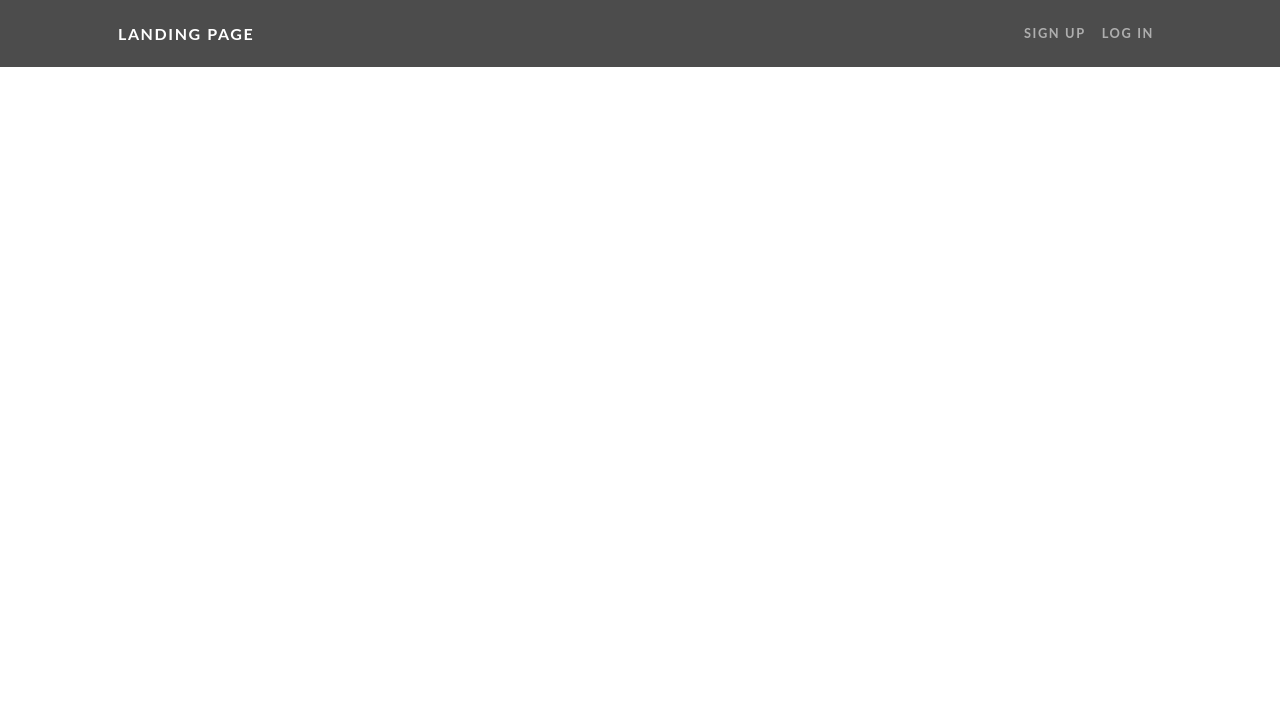
Repository: jrfalcao/landing-page
Page: /
These files come from the project's save history. The page is drawn as it stood at one moment and after the next save; the edit follows.
The browser window is 1280 px wide. The pictures show the whole page.
The project was rebuilt for these pictures with package versions that can differ from the ones it lists, and the page was loaded fresh each time. Also part of the build but not shown: src/assets/css/App.css.

Above is the page before, as saved 2021-07-17 22:28:48.

### src/App.js
import NavBar from './Components/NavBar';
import './App.css';

function App() {
  return (
    <div className="App">
      <NavBar></NavBar>
    </div>
  );
}

export default App;

### src/Components/NavBar.js
export default function NavBar() {
	return (
		<nav className="navbar navbar-expand-lg navbar-dark navbar-custom fixed-top">
			<div className="container px-5">
				<a className="navbar-brand" href="#page-top">Landing Page</a>
				<button className="navbar-toggler" type="button" data-bs-toggle="collapse" data-bs-target="#navbarResponsive" aria-controls="navbarResponsive" aria-expanded="false" aria-label="Toggle navigation"><span class="navbar-toggler-icon"></span></button>
				<div className="collapse navbar-collapse" id="navbarResponsive">
					<ul className="navbar-nav ms-auto">
						<li className="nav-item"><a class="nav-link" href="#!">Sign Up</a></li>
						<li className="nav-item"><a class="nav-link" href="#!">Log In</a></li>
					</ul>
				</div>
			</div>
		</nav>
	);
}

### src/Components/Header.js
export default function Header() {
	return (
		<header className="masthead text-center text-white">
			<div className="masthead-content">
				<div className="container px-5">
					<h1 className="masthead-heading mb-0">Super Black Fride</h1>
					<h2 className="masthead-subheading mb-0">Receba informações de descontos em primeira mão!</h2>
					<a className="btn btn-primary btn-xl rounded-pill mt-5" href="#scroll">Learn More</a>
				</div>
			</div>
			<div className="bg-circle-1 bg-circle"></div>
			<div className="bg-circle-2 bg-circle"></div>
			<div className="bg-circle-3 bg-circle"></div>
			<div className="bg-circle-4 bg-circle"></div>
		</header>
	);
}

Loaded but not shown: public/index.html (common file); src/index.js (common file); src/index.css (library); src/reportWebVitals.js (common file); src/assets/css/App.css (no copy from this time; the picture is the same without it)

After the next save:
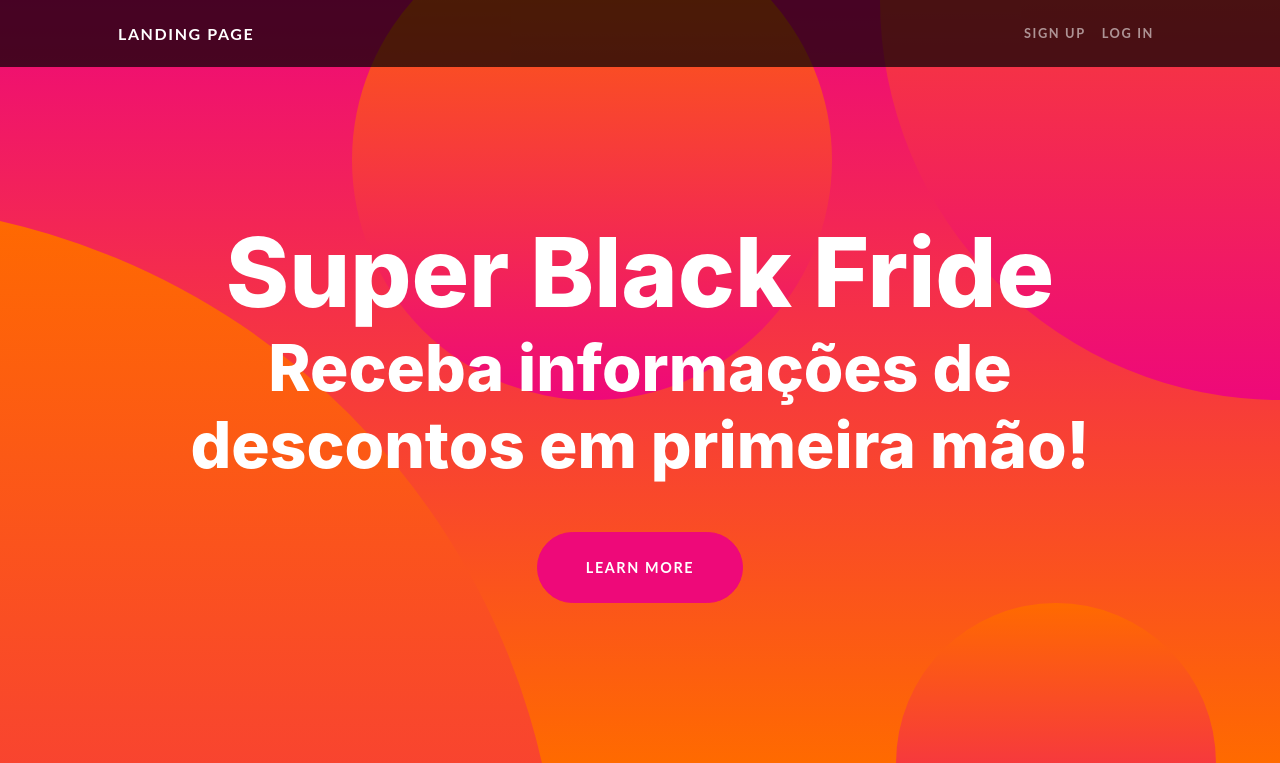
Saved 14 s later.
--- a/src/App.js
+++ b/src/App.js
@@ -1,10 +1,12 @@
 import NavBar from './Components/NavBar';
+import Header from './Components/Header';
 import './App.css';
 
 function App() {
   return (
     <div className="App">
-      <NavBar></NavBar>
+      <NavBar />
+      <Header />
     </div>
   );
 }
